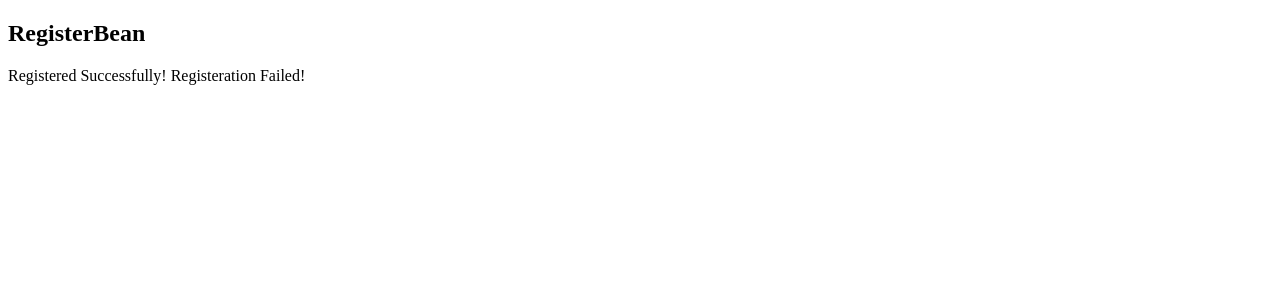
Repository: KD3-86679-Shraddha-Jadhav/AdvancesJava
Page: http://localhost/VotingAppusingJSPandJavaBeans/register.jsp
The author's editor kept a copy of each file at every save. The page is drawn from the files as they stood at one save, then again after the next save.
The browser window is 1280 px wide. The pictures show the whole page.
The page is served by Tomcat 9.

Above is the page before, as saved 2024-12-05 14:27:26.

After the next save:
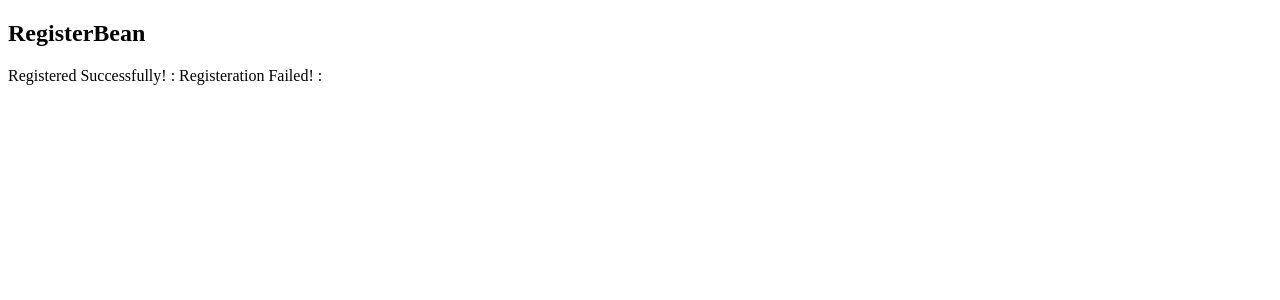
Saved 6 min 9 s later.
--- a/Assign04/VotingAppusingJSPandJavaBeans/src/main/webapp/register.jsp
+++ b/Assign04/VotingAppusingJSPandJavaBeans/src/main/webapp/register.jsp
@@ -28,10 +28,10 @@
 	<%-- choose-when statement to implement if-else ladder --%>
 	<c:choose>
 		<c:when test="${register.count == 1}">
-			Registered Successfully!
+			Registered Successfully! : ${count }
 		</c:when>
 		<c:otherwise>
-			Registeration Failed!
+			Registeration Failed! :${count }
 		</c:otherwise>
 	</c:choose>
 
